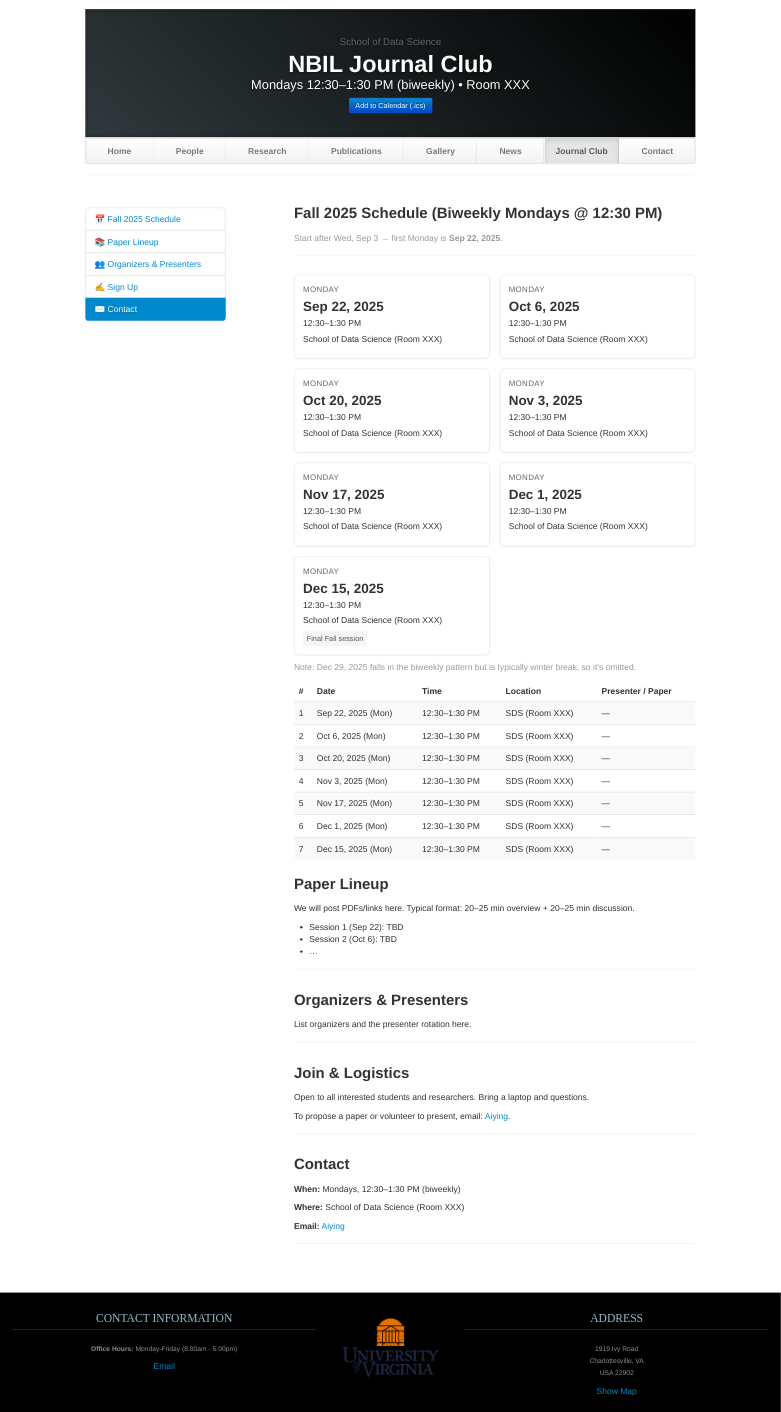
Repository: nbillab/nbillab.io
Page: journalclub.html
An editor plug-in stored every save of this project. The page is shown before and after the next save, followed by the edit.
The browser window is 1280 px wide. The pictures show the whole page, at 61% of full size.

Above is the page before, as saved 2025-09-08 13:58:51.

### journalclub.html
<!DOCTYPE html>
<html lang="en">
<head>
  <meta charset="utf-8">
  <title>NBIL Journal Club</title>
  <meta name="viewport" content="width=device-width, initial-scale=1.0">
  <meta name="description" content="NBIL Journal Club — School of Data Science">
  <meta name="author" content="">
  <!-- Le styles (keeping your Bootstrap 2.x includes) -->
  <link href="css/bootstrap.min.css" rel="stylesheet">
  <link href="css/bootstrap-responsive.min.css" rel="stylesheet">
  <link href="css/theme.css" rel="stylesheet">
  <style>
    /* Simple calendar-like schedule cards */
    .calendar-grid {
      display: grid;
      grid-template-columns: repeat(auto-fill, minmax(260px, 1fr));
      gap: 16px;
    }
    .cal-card {
      border: 1px solid #e5e5e5;
      border-radius: 8px;
      padding: 14px;
      box-shadow: 0 1px 2px rgba(0,0,0,0.05);
      background: #fff;
    }
    .cal-date {
      font-size: 22px;
      font-weight: bold;
      margin-bottom: 6px;
    }
    .cal-dow {
      font-size: 13px;
      text-transform: uppercase;
      letter-spacing: 0.04em;
      color: #666;
      margin-bottom: 8px;
    }
    .cal-time {
      font-size: 14px;
      margin-bottom: 6px;
    }
    .cal-loc {
      font-size: 14px;
      color: #333;
      margin-bottom: 8px;
    }
    .label-note {
      display: inline-block;
      padding: 2px 6px;
      font-size: 12px;
      border-radius: 4px;
      background: #f5f5f5;
      color: #555;
    }
    .hero-title {
      margin-bottom: 6px;
    }
    .lead.tiny {
      font-size: 16px;
      color: #666;
    }
    .ics-box {
      margin: 14px 0 4px;
    }
  </style>
</head>
<body>
  <div class="container">
    <header class="jumbotron subhead" id="overview">
      <p class="lead tiny">School of Data Science</p>
      <h1 class="hero-title">NBIL Journal Club</h1>
      <p class="lead">Mondays 12:30–1:30 PM (biweekly) • Room XXX</p>
      <p class="ics-box">
        <a class="btn btn-small btn-primary" href="nbil_journal_club_fall2025.ics">Add to Calendar (.ics)</a>
      </p>
    </header>

    <div class="masthead">
      <div class="navbar">
        <div class="navbar-inner">
                  <div class="container">
                     <ul class="nav">
                        <li><a href="index.html">Home</a></li>
                        <li><a href="people.html">People</a></li>
                        <li><a href="research.html">Research</a></li>
                        <li><a href="publications.html"> Publications</a></li>
                        <li><a href="gallery.html">Gallery</a></li>
                        <li><a href="news.html">News</a></li>
                        <li class="active"><a href="#">Journal Club</a></li>
                        <li><a href="contact.html">Contact</a></li>
                     </ul>
          </div>
        </div>
      </div>
    </div>

    <hr>

    <div class="row-fluid">
      <div class="span3 bs-docs-sidebar" id="navparent">
        <ul class="nav nav-list bs-docs-sidenav" data-spy="affix" data-offset-top="200" data-offset-bottom="260">
          <li><a href="#schedule"> 📅 Fall 2025 Schedule</a></li>
          <li><a href="#papers"> 📚 Paper Lineup</a></li>
          <li><a href="#people"> 👥 Organizers & Presenters</a></li>
          <li><a href="#join"> ✍️ Sign Up</a></li>
          <li><a href="#contact"> ✉️ Contact</a></li>
        </ul>
      </div>

      <div class="span8 offset1">
        <!-- Schedule -->
        <section id="schedule">
          <div class="page-header">
            <h3>Fall 2025 Schedule (Biweekly Mondays @ 12:30 PM)</h3>
            <p class="muted">Start after Wed, Sep 3 → first Monday is <strong>Sep 22, 2025</strong>.</p>
          </div>

          <!-- Calendar-like grid -->
          <div class="calendar-grid">
            <!-- Sep -->
            <div class="cal-card">
              <div class="cal-dow">MONDAY</div>
              <div class="cal-date">Sep 22, 2025</div>
              <div class="cal-time">12:30–1:30 PM</div>
              <div class="cal-loc">School of Data Science (Room XXX)</div>
            </div>

            <!-- Oct -->
            <div class="cal-card">
              <div class="cal-dow">MONDAY</div>
              <div class="cal-date">Oct 6, 2025</div>
              <div class="cal-time">12:30–1:30 PM</div>
              <div class="cal-loc">School of Data Science (Room XXX)</div>
            </div>
            <div class="cal-card">
              <div class="cal-dow">MONDAY</div>
              <div class="cal-date">Oct 20, 2025</div>
              <div class="cal-time">12:30–1:30 PM</div>
              <div class="cal-loc">School of Data Science (Room XXX)</div>
            </div>

            <!-- Nov -->
            <div class="cal-card">
              <div class="cal-dow">MONDAY</div>
              <div class="cal-date">Nov 3, 2025</div>
              <div class="cal-time">12:30–1:30 PM</div>
              <div class="cal-loc">School of Data Science (Room XXX)</div>
            </div>
            <div class="cal-card">
              <div class="cal-dow">MONDAY</div>
              <div class="cal-date">Nov 17, 2025</div>
              <div class="cal-time">12:30–1:30 PM</div>
              <div class="cal-loc">School of Data Science (Room XXX)</div>
            </div>

            <!-- Dec -->
            <div class="cal-card">
              <div class="cal-dow">MONDAY</div>
              <div class="cal-date">Dec 1, 2025</div>
              <div class="cal-time">12:30–1:30 PM</div>
              <div class="cal-loc">School of Data Science (Room XXX)</div>
            </div>
            <div class="cal-card">
              <div class="cal-dow">MONDAY</div>
              <div class="cal-date">Dec 15, 2025</div>
              <div class="cal-time">12:30–1:30 PM</div>
              <div class="cal-loc">School of Data Science (Room XXX)</div>
              <span class="label-note">Final Fall session</span>
            </div>
          </div>

          <p class="muted" style="margin-top:10px;">
            Note: Dec 29, 2025 falls in the biweekly pattern but is typically winter break, so it’s omitted.
          </p>

          <!-- Optional: tabular view for quick copy/paste -->
          <table class="table table-striped" style="margin-top:10px;">
            <thead>
              <tr>
                <th>#</th>
                <th>Date</th>
                <th>Time</th>
                <th>Location</th>
                <th>Presenter / Paper</th>
              </tr>
            </thead>
            <tbody>
              <tr><td>1</td><td>Sep 22, 2025 (Mon)</td><td>12:30–1:30 PM</td><td>SDS (Room XXX)</td><td>—</td></tr>
              <tr><td>2</td><td>Oct 6, 2025 (Mon)</td><td>12:30–1:30 PM</td><td>SDS (Room XXX)</td><td>—</td></tr>
              <tr><td>3</td><td>Oct 20, 2025 (Mon)</td><td>12:30–1:30 PM</td><td>SDS (Room XXX)</td><td>—</td></tr>
              <tr><td>4</td><td>Nov 3, 2025 (Mon)</td><td>12:30–1:30 PM</td><td>SDS (Room XXX)</td><td>—</td></tr>
              <tr><td>5</td><td>Nov 17, 2025 (Mon)</td><td>12:30–1:30 PM</td><td>SDS (Room XXX)</td><td>—</td></tr>
              <tr><td>6</td><td>Dec 1, 2025 (Mon)</td><td>12:30–1:30 PM</td><td>SDS (Room XXX)</td><td>—</td></tr>
              <tr><td>7</td><td>Dec 15, 2025 (Mon)</td><td>12:30–1:30 PM</td><td>SDS (Room XXX)</td><td>—</td></tr>
            </tbody>
          </table>
        </section>

        <!-- Papers -->
        <section id="papers">
          <div class="page-header">
            <h3>Paper Lineup</h3>
            <p>We will post PDFs/links here. Typical format: 20–25 min overview + 20–25 min discussion.</p>
            <ul>
              <li>Session 1 (Sep 22): TBD</li>
              <li>Session 2 (Oct 6): TBD</li>
              <li>…</li>
            </ul>
          </div>
        </section>

        <!-- People -->
        <section id="people">
          <div class="page-header">
            <h3>Organizers & Presenters</h3>
            <p>List organizers and the presenter rotation here.</p>
          </div>
        </section>

        <!-- Join -->
        <section id="join">
          <div class="page-header">
            <h3>Join & Logistics</h3>
            <p>Open to all interested students and researchers. Bring a laptop and questions.</p>
            <p>
              To propose a paper or volunteer to present, email:
              <a href="mailto:xsa5db@virginia.edu">Aiying</a>.
            </p>
          </div>
        </section>

        <!-- Contact -->
        <section id="contact">
          <div class="page-header">
            <h3>Contact</h3>
            <p><b>When:</b> Mondays, 12:30–1:30 PM (biweekly)</p>
            <p><b>Where:</b> School of Data Science (Room XXX)</p>
            <p><b>Email:</b> <a href="mailto:xsa5db@virginia.edu">Aiying</a></p>
          </div>
        </section>
      </div>
    </div>
  </div>

      <footer id="footer">
         <div class="container-fluid">
            <div class="row-fluid">
               <div class="span5">
                  <h3>Contact Information</h3>
                  <p><b>Office Hours: </b>Monday-Friday (8.00am - 5.00pm)</p>
                  <a href="mailto:xsa5db@virginia.edu">Email</a>
               </div>
               <div class="span2">
                  <a href="https://datascience.virginia.edu/"><img src = "images/UVA.png" alt="research-lab-logo"/></a>
               </div>
               <div class="span5">
                  <h3>Address</h3>
                  <p>1919 Ivy Road<br>
                     Charlottesville, VA<br>
                     USA 22902
                  </p>
                  <a href="http://maps.google.com/">Show Map</a>
               </div>
            </div>
         </div>
      </footer>


  <!-- Le javascript
  ================================================== -->
  <script src="js/jquery-1.9.1.min.js"></script>
  <script src="js/bootstrap.min.js"></script>
  <script>
    $(document).ready(function() {
      $(document.body).scrollspy({ target: "#navparent" });
    });
  </script>
</body>
</html>

### css/theme.css
body {
	padding-top: 15px;
	padding-bottom: 0px;
}


/* Custom container */

.container {
	margin: 0 auto;
	max-width: 1000px;
}

.container>hr {
	margin: 20px 0
}


/* Customize the navbar links to be fill the entire space of the .navbar */

.navbar .navbar-inner {
	padding: 0
}

.navbar .nav {
	margin: 0;
	display: table;
	width: 100%;
}

.navbar .nav li {
	display: table-cell;
	width: 1%;
	float: none;
}

.navbar .nav li a {
	font-weight: bold;
	text-align: center;
	border-left: 1px solid rgba(255, 255, 255, .75);
	border-right: 1px solid rgba(0, 0, 0, .1);
}

.navbar .nav li:first-child a {
	border-left: 0;
	border-radius: 3px 0 0 3px;
}

.navbar .nav li:last-child a {
	border-right: 0;
	border-radius: 0 3px 3px 0;
}

body>.navbar {
	font-size: 13px
}


/* Change the docs' brand */

body>.navbar .brand {
	padding-right: 0;
	padding-left: 0;
	margin-left: 20px;
	float: right;
	font-weight: bold;
	color: #000;
	text-shadow: 0 1px 0 rgba(255, 255, 255, .1), 0 0 30px rgba(255, 255, 255, .125);
	-webkit-transition: all .2s linear;
	-moz-transition: all .2s linear;
	transition: all .2s linear;
}

body>.navbar .brand:hover {
	text-decoration: none;
	text-shadow: 0 1px 0 rgba(255, 255, 255, .1), 0 0 30px rgba(255, 255, 255, .4);
}


/* Sidenav for Docs
         -------------------------------------------------- */

@media screen and (max-width: 768px) {
	.bs-docs-sidenav {
		display: none !important;
	}
}

.bs-docs-sidenav {
	width: 228px;
	margin: 30px 0 0;
	padding: 0;
	background-color: #fff;
	-webkit-border-radius: 6px;
	-moz-border-radius: 6px;
	border-radius: 6px;
	-webkit-box-shadow: 0 1px 4px rgba(0, 0, 0, .065);
	-moz-box-shadow: 0 1px 4px rgba(0, 0, 0, .065);
	box-shadow: 0 1px 4px rgba(0, 0, 0, .065);
}

.bs-docs-sidenav>li>a {
	display: block;
	width: 200px;
	margin: 0 0 -1px;
	padding: 8px 14px;
	border: 1px solid #e5e5e5;
}

.bs-docs-sidenav>li>a.subhead {
	display: block;
	width: 168px;
	margin: 0 0 -1px;
	padding: 8px 30px;
	border: 1px solid #e5e5e5;
	font-size: 12px;
}

.bs-docs-sidenav>li:first-child>a {
	-webkit-border-radius: 6px 6px 0 0;
	-moz-border-radius: 6px 6px 0 0;
	border-radius: 6px 6px 0 0;
}

.bs-docs-sidenav>li:last-child>a {
	-webkit-border-radius: 0 0 6px 6px;
	-moz-border-radius: 0 0 6px 6px;
	border-radius: 0 0 6px 6px;
}

.bs-docs-sidenav>.active>a {
	position: relative;
	z-index: 2;
	padding: 9px 15px;
	border: 0;
	text-shadow: 0 1px 0 rgba(0, 0, 0, .15);
	-webkit-box-shadow: inset 1px 0 0 rgba(0, 0, 0, .1), inset -1px 0 0 rgba(0, 0, 0, .1);
	-moz-box-shadow: inset 1px 0 0 rgba(0, 0, 0, .1), inset -1px 0 0 rgba(0, 0, 0, .1);
	box-shadow: inset 1px 0 0 rgba(0, 0, 0, .1), inset -1px 0 0 rgba(0, 0, 0, .1);
}

.bs-docs-sidenav>li>a:hover {
	background-color: #f5f5f5
}

.bs-docs-sidenav a:hover .icon-chevron-right {
	opacity: .5
}

.bs-docs-sidenav.affix {
	top: 10px
}

.bs-docs-sidenav.affix-bottom {
	position: absolute;
	top: auto;
	bottom: 270px;
}


/* Responsive
         -------------------------------------------------- */

.affix {
	top: 0px
}

#media {
	margin-top: 70px
}

#media .header {
	margin-left: 0;
	margin-bottom: 56px;
	margin-top: 30px;
}

#media .post_row {
	margin-left: 0;
	margin-bottom: 40px;
}

#media .lastpost_row {
	margin-bottom: 0
}

#media .post_row .post {
	background: #fff;
	/*margin-left: 0;;
    margin-right: 20px;*/
	border-radius: 4px;
	box-shadow: 1px 1px 2px 0px #E0E0E0;
	width: 487px;
	height: 616px;
}

#media .post_row .last {
	margin-right: 0
}

#media .post_row .post .img {
	position: relative;
	text-align: center;
}

#media .post_row .post .img .date {
	background: #E8554E;
	position: absolute;
	padding: 2px 5px;
	top: 0;
	left: 11px;
}

#media .post_row .post .img .date p {
	color: #fff;
	font-size: 14px;
	font-weight: bold;
	font-style: italic;
	margin: 0;
}

#media .post_row .post .img img {
	height: 275px;
	width: 410px;
}

#media .post_row .post .text {
	margin: 18px auto 0;
	width: 83%;
}

#media .post_row .post .text h5 {
	margin: 0 0 8px 0;
	font-size: 20px;
	line-height: 23px;
}

#media .post_row .post .text h5 a {
	color: #333
}

#media .post_row .post .text span.date {
	color: #9F9F9F;
	display: block;
	margin-bottom: 12px;
	font-style: italic;
	font-size: 13px;
}

#media .post_row .post .text p {
	margin: 0;
	line-height: 21px;
	font-size: 14px;
}

#media .post_row .post .author_box {
	margin: 12px auto 20px;
	border-top: 1px solid #EDEDED;
	overflow: hidden;
	text-align: left;
	width: 85%;
	padding-top: 12px;
}

#media .post_row .post .author_box h6 {
	margin: 0 0 3px 0;
	font-size: 13px;
	line-height: 15px;
	font-style: italic;
	font-weight: normal;
	color: #B2B2B2;
}

#media .post_row .post .author_box p {
	color: #B2B2B2;
	font-style: italic;
	font-size: 13px;
	line-height: 14px;
	margin: 0;
}

#media .post_row .post .author_box img {
	float: right
}

#media .post_row .post a.plus_wrapper {
	width: 99%;
	text-align: center;
	background: #fff;
	display: none;
	border-radius: 0px 0px 4px 4px;
	padding: 6px 0px 2px;
	margin: 0 auto 1px;
}

#media .post_row .post a.plus_wrapper span {
	color: #1189D9;
	font-size: 30px;
	font-weight: bold;
}

#media .post_row .post:hover a.plus_wrapper {
	display: block
}

#media .post_row .post:hover {
	box-shadow: 0px 1px 5px 1px rgb(216, 216, 216)
}

#media .post_row .post:hover .text h5 a {
	color: #1189D9
}

.map .box_wrapp {
	position: absolute;
	margin: 15px auto;
	box-shadow: 0 0 7px 0 rgba(26, 26, 26, 0.4);
	padding: 30px 0 30px;
	background: white;
	border-radius: 4px;
	margin-top: 25px;
}

.map .box_wrapp .box_cont {
	margin: 30px auto;
	width: 76%;
}

.section-header {
	text-align: center;
	margin-bottom: 35px;
}

.section-header h1,
.title-text {
	font-weight: bold;
	font-size: 30px;
	margin: 12.5px 0;
	font-weight: 100;
	margin-bottom: 25px;
	line-height: 55px;
}

.feature-item:hover {
	box-shadow: 0px 1px 5px 1px rgb(216, 216, 216)
}

.feature-item img {
	margin-left: 15px;
	margin-right: 15px;
	max-width: 90%;
	height: 200px;
}

.feature-item h5 {
	margin-left: 15px;
	margin-right: 15px;
	margin-top: 20px;
	margin-bottom: 20px;
}

.feature-item p {
	margin-left: 15px;
	margin-right: 15px;
}

.feature-heading {
	margin-top: 20px;
	margin-bottom: 20px;
	margin-left: 15px;
	margin-right: 15px;
}

.feature-heading a:hover {
	text-decoration: none;
}

.feature-button {
	font-size: 16px;
	background-image: none;
	box-shadow: none;
	margin-bottom: 10px;
}

.centered {
	text-align: center;
}

.subhead {
	text-align: left;
	border-bottom: 1px solid #ddd;
}

.jumbotron {
	position: relative;
	padding: 45px 0px 35px 0px;
	color: #fff;
	text-align: center;
	text-shadow: 0 1px 3px rgba(0, 0, 0, .4), 0 0 30px rgba(0, 0, 0, .075);
	background: #30393C;
	background: -moz-linear-gradient(45deg, #30393C 0%, #000000 100%);
	background: -webkit-gradient(linear, left bottom, right top, color-stop(0%, #30393C), color-stop(100%, #30393C));
	background: -webkit-linear-gradient(45deg, #30393C 0%, #000000 100%);
	background: -o-linear-gradient(45deg, #30393C 0%, #000000 100%);
	background: -ms-linear-gradient(45deg, #30393C 0%, #000000 100%);
	background: linear-gradient(45deg, #30393C 0%, #000000 100%) repeat;
	-webkit-box-shadow: inset 0 3px 7px rgba(0, 0, 0, .2), inset 0 -3px 7px rgba(0, 0, 0, .2);
	-moz-box-shadow: inset 0 3px 7px rgba(0, 0, 0, .2), inset 0 -3px 7px rgba(0, 0, 0, .2);
	box-shadow: inset 0 3px 7px rgba(0, 0, 0, .2), inset 0 -3px 7px rgba(0, 0, 0, .2);
}

.jumbotron:after {
	content: '';
	display: block;
	position: absolute;
	top: 0;
	right: 0;
	bottom: 0;
	left: 0;
	opacity: .4;
}

.lead {
	margin-bottom: 0px;
	font-size: 21px;
	font-weight: 200;
	line-height: 15px;
}

img.float-left {
	float: left;
	margin-top: 9px;
	margin-left: 0px;
	margin-right: 30px;
	margin-bottom: 12px;
}

img.float-right {
	float: right;
	margin-top: 9px;
	margin-right: 0px;
	margin-bottom: 12px;
	margin-left: 30px;
}

img.publications-thumb {
	width: 142px;
	height: 188px;
}

.caption {
	margin: 10px;
}

.responsive-video {
	position: relative;
	padding-bottom: 56.25%;
	padding-top: 60px;
	overflow: hidden;
}

.responsive-video iframe,
.responsive-video object,
.responsive-video embed {
	position: absolute;
	top: 0;
	left: 0;
	width: 93.5%;
	height: 93.5%;
}

.video-caption {
	margin: 10px;
}

.accordion {
	margin-bottom: 20px;
	margin-right: 40px;
}

.thumbnail>img.sponsor {
	width: 212px;
	height: 150px;
}

img.carousel-image {
	width: 100%;
}

li.publication {
	margin-bottom: 20px;
}

.page-header h3 a:hover {
	text-decoration: none;
}

iframe.map-frame {
	border: none;
	overflow: hidden;
	margin-top: 10px;
	margin-bottom: 10px;
	margin-left: 0px;
	margin-right: 0px;
	height: 550px;
	width: 100%;
}

ul.sponsors {
	margin-top: 40px;
	margin-bottom: 40px;
}

#footer {
	z-index: 10;
	margin-top: 50px;
	margin-bottom: 0px;
	padding-bottom: 25px;
	border-top-width: 8px;
	border-top-style: solid;
	border-top-color: #2F2F2F;
	background-color: #000000;
	border: 0;
	font-size: 100%;
	font: inherit;
	vertical-align: baseline;
	text-align: center;
}

#footer h3 {
	font-size: 19px;
	text-transform: uppercase;
	font-family: BebasNeueRegular;
	color: #8DBECE;
	border-bottom-width: 1px;
	border-bottom-style: solid;
	border-bottom-color: #30393C;
	line-height: 35px;
	margin-bottom: 20px;
	margin-top: 25px;
	font-weight: normal;
}

#footer a img {
	margin-top: 40px;
}

#footer p,
#footer address {
	color: #8F8F8F;
	font-size: 11px;
}

Loaded but not shown: css/bootstrap.min.css (library); css/bootstrap-responsive.min.css (library); js/jquery-1.9.1.min.js (library); js/bootstrap.min.js (library)

After the next save:
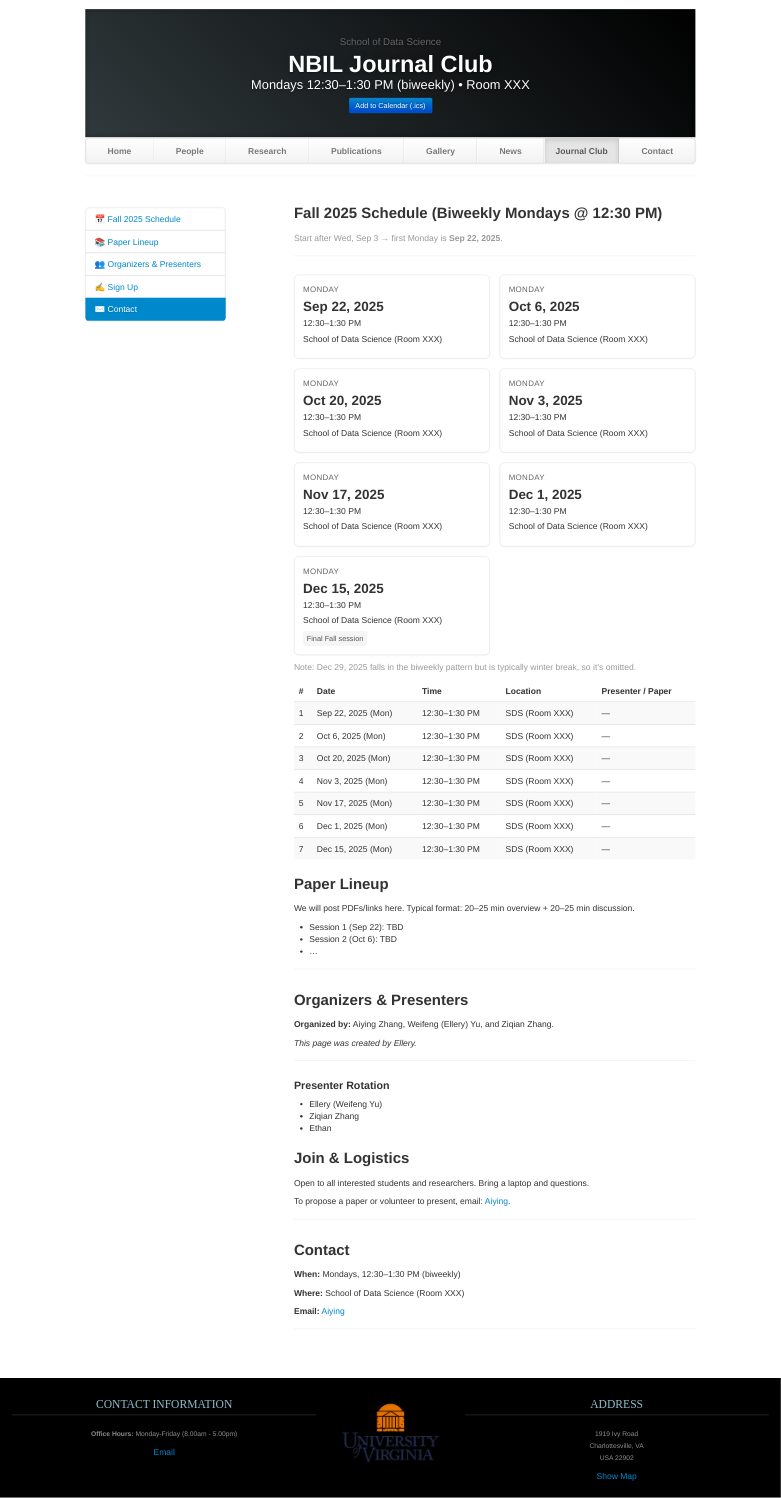
Saved 4 min 7 s later.
--- a/journalclub.html
+++ b/journalclub.html
@@ -214,8 +214,16 @@
         <section id="people">
           <div class="page-header">
             <h3>Organizers & Presenters</h3>
-            <p>List organizers and the presenter rotation here.</p>
-          </div>
+            <p><strong>Organized by:</strong> Aiying Zhang, Weifeng (Ellery) Yu, and Ziqian Zhang.</p>
+            <p><em>This page was created by Ellery.</em></p>
+          </div>
+
+          <h4>Presenter Rotation</h4>
+          <ul>
+            <li>Ellery (Weifeng Yu)</li>
+            <li>Ziqian Zhang</li>
+            <li>Ethan</li>
+          </ul>
         </section>
 
         <!-- Join -->
